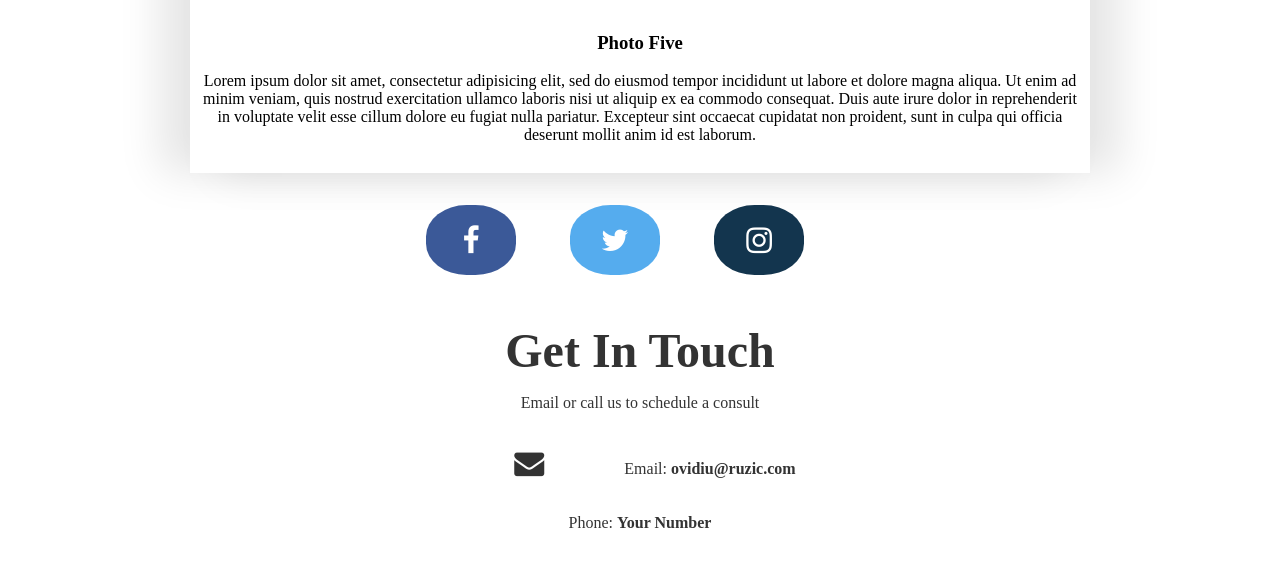
Repository: konstantin0s/mobile-photography
Page: index.html
These files come from the project's save history. The page is drawn as it stood at one moment and after the next save; the edit follows.
The browser window is 1280 px wide. The pictures show the part of the page from y = 4062 to 4650 px (the page is 4650 px tall).

Above is the page before, as saved 2019-05-11 14:53:23.

After the next save:
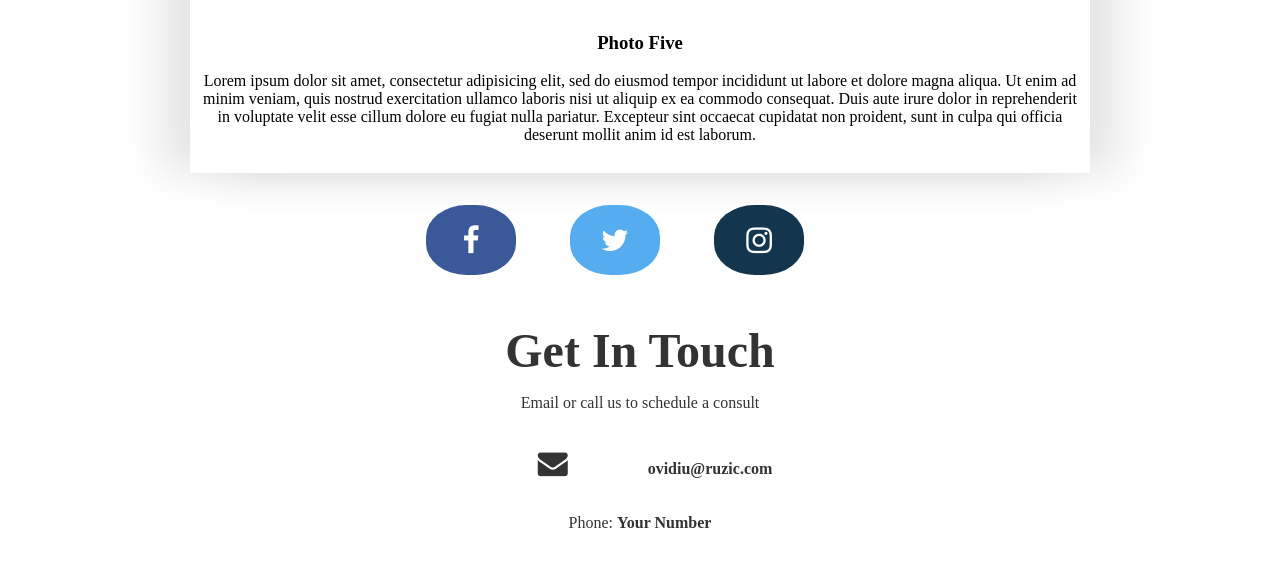
Saved 26 s later.
--- a/index.html
+++ b/index.html
@@ -86,7 +86,7 @@
 
   <h3>Get In Touch</h3>
   <p>Email or call us to schedule a consult</p>
-  <p><i class="fa fa-envelope" aria-hidden="true"></i>Email: <strong>ovidiu@ruzic.com</strong>
+  <p><i class="fa fa-envelope" aria-hidden="true"></i><strong>ovidiu@ruzic.com</strong>
   </p>
   <p>Phone: <strong>Your Number</strong></p>
 </footer>
